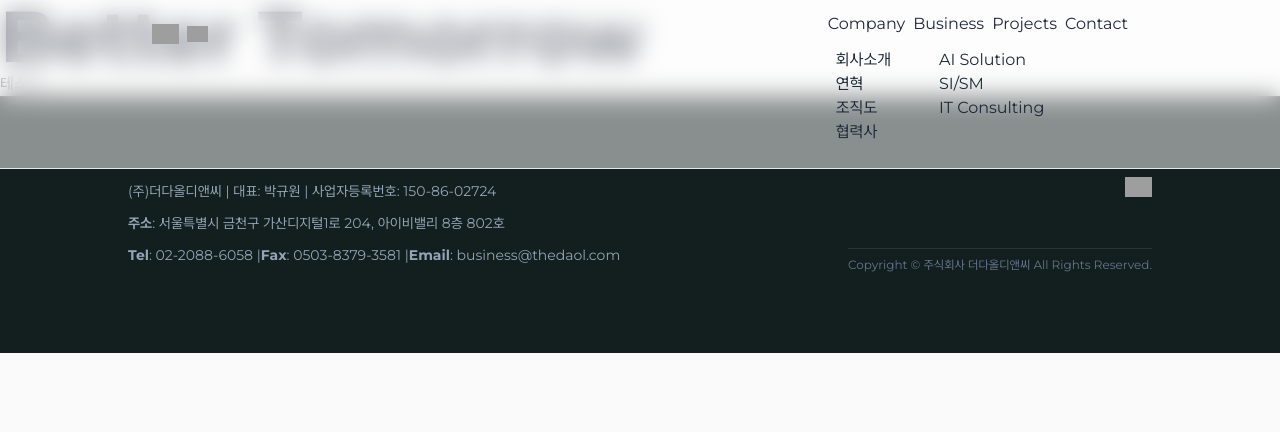
Repository: jadugamja/thedaol
Page: /
These files come from the project's save history. The page is drawn as it stood at one moment and after the next save; the edit follows.
The browser window is 1280 px wide. The pictures show the whole page.
Pictures or frames that could not be fetched are drawn as grey boxes. The project was rebuilt for these pictures with package versions that can differ from the ones it lists, and the page was loaded fresh each time. The framework's server and built-in components were replaced by stand-ins that run in the browser. Also part of the build but not shown: next.config.ts.

Above is the page before, as saved 2026-01-11 18:02:46.

### app/layout.tsx
import type { Metadata } from "next";
import localFont from "next/font/local";
import { Montserrat } from "next/font/google";
import "./globals.css";
import Header from "@/components/layout/header";
import Footer from "@/components/layout/footer";

export const metadata: Metadata = {
  title: "더다올디앤씨",
  description: "",
};

const montserrat = Montserrat({
  subsets: ["latin"],
  display: "swap",
  variable: "--font-montserrat",
});

const pretendard = localFont({
  src: "../fonts/PretendardVariable.woff2",
  display: "swap",
  weight: "45 920",
  variable: "--font-pretendard",
});

export default function RootLayout({
  children,
}: Readonly<{
  children: React.ReactNode;
}>) {
  return (
    <html lang="en" className={`${pretendard.variable} ${montserrat.variable}`}>
      <body
        className={`bg-background-light font-body text-text-main antialiased overflow-x-hidden selection:bg-primary/20 selection:text-secondary`}
      >
        <div className="relative min-h-screen flex flex-col">
          <Header />
          <main className="flex-grow">
            {children}
            <Footer />
          </main>
        </div>
      </body>
    </html>
  );
}

### app/(home)/page.tsx
export default function Home() {
  return (
    <div className="flex flex-col">
      <span className="text-7xl font-sans font-bold">Better Tomorrow</span>
      <span className="font-pretendard">테스트</span>
    </div>
  );
}

### app/globals.css
@import "tailwindcss";

@theme {
  --color-primary: #0bbdb4;
  --color-primary-dark: #0a9c94;
  --color-secondary: #213b8a;
  --color-secondary-light: #2f4fb3;
  --color-background-light: #fafafa;
  --color-background-dark: #131f1e;
  --color-surface-light: #f8fafc;
  --color-text-main: #1e293b;
  --color-text-sub: #64748b;

  --font-sans: var(--font-montserrat), "Inter", sans-serif;
  --font-display: var(--font-montserrat), sans-serif;
  --font-body: var(--font-montserrat), var(--font-pretendard), sans-serif;
  --font-pretendard: var(--font-pretendard);

  --radius: 0.25rem; /* DEFAULT */
  --radius-lg: 0.5rem;
  --radius-xl: 0.75rem;
  --radius-full: 9999px;

  --animate-spin-slow: spin 60s linear infinite;
  --animate-spin-reverse-slow: spin 60s linear infinite reverse;
  --animate-float: float 6s ease-in-out infinite;
  --animate-pulse-slow: pulse 4s cubic-bezier(0.4, 0, 0.6, 1) infinite;
  --animate-fade-in-up: fadeInUp 1s ease-out forwards;
  --animate-marquee: marquee 60s linear infinite;
}

@keyframes float {
  0%,
  100% {
    transform: translateY(0);
  }
  50% {
    transform: translateY(-20px);
  }
}

@keyframes fadeInUp {
  0% {
    opacity: 0;
    transform: translateY(20px);
  }
  100% {
    opacity: 1;
    transform: translateY(0);
  }
}

@keyframes marquee {
  0% {
    transform: translateX(0%);
  }
  100% {
    transform: translateX(-100%);
  }
}

@utility container {
  margin-inline: auto;
  padding-inline: 1rem;
}

### components/layout/header.tsx
export default function Header() {
  return (
    <header className="header-nav fixed z-50 w-full bg-white/50 hover:bg-white backdrop-blur-md border-b border-gray-200 transition-all duration-300">
      <div className="max-w-5xl mx-auto px-6">
        <div className="flex justify-between relative">
          <div className="flex items-start py-3 min-h-9">
            <a className="flex items-center py-3 gap-2" href="/">
              <img
                alt="Company Logo"
                className="h-5 w-auto"
                src="./images/logo-icon.png"
              />
              <div className="flex flex-col leading-none">
                <img
                  alt="Company Logo"
                  className="h-4 w-auto"
                  src="./images/logo-black.png"
                />
              </div>
            </a>
          </div>

          <div className="hidden md:flex flex-col items-start">
            <nav className="py-3 min-h-9 flex items-center">
              <ul className="flex items-center space-x-2">
                <li className="nav-item">
                  <a href="company/about.html" className="nav-link">
                    Company
                  </a>
                </li>
                <li className="nav-item">
                  <a href="business/ai.html" className="nav-link">
                    Business
                  </a>
                </li>
                <li className="nav-item">
                  <a href="projects.html" className="nav-link">
                    Projects
                  </a>
                </li>
                <li className="nav-item">
                  <a href="contact.html" className="nav-link">
                    Contact
                  </a>
                </li>
              </ul>
            </nav>

            <div className="submenu-container w-full">
              <div className="flex items-start gap-12 pb-6 pl-2">
                <div className="submenu-section">
                  <ul className="submenu-list">
                    <li>
                      <a href="company/about.html" className="submenu-item">
                        회사소개
                      </a>
                    </li>
                    <li>
                      <a href="company/history.html" className="submenu-item">
                        연혁
                      </a>
                    </li>
                    <li>
                      <a
                        href="company/organization.html"
                        className="submenu-item"
                      >
                        조직도
                      </a>
                    </li>
                    <li>
                      <a
                        href="company/partnership.html"
                        className="submenu-item"
                      >
                        협력사
                      </a>
                    </li>
                  </ul>
                </div>

                <div className="submenu-section">
                  <ul className="submenu-list">
                    <li>
                      <a href="business/ai.html" className="submenu-item">
                        AI Solution
                      </a>
                    </li>
                    <li>
                      <a href="business/si-sm.html" className="submenu-item">
                        SI/SM
                      </a>
                    </li>
                    <li>
                      <a
                        href="business/consulting.html"
                        className="submenu-item"
                      >
                        IT Consulting
                      </a>
                    </li>
                  </ul>
                </div>
              </div>
            </div>
          </div>

          <div className="flex items-center py-2 min-h-9 md:hidden">
            <button className="text-text-main hover:text-primary transition-colors">
              <span className="material-symbols-outlined">menu</span>
            </button>
          </div>
        </div>
      </div>
    </header>
  );
}

### components/layout/footer.tsx
export default function Footer() {
  return (
    <footer className="relative z-20 bg-background-dark text-[#94a3b8] py-20 px-[5%] border-t border-white/10 font-body h-full selection:bg-zinc-100 selection:text-[#131f1e]">
      <div className="max-w-5xl mx-auto flex flex-col md:flex-row justify-between items-start">
        <div className="mb-8 md:mb-0">
          <div className="text-sm leading-loose space-y-1">
            <p>
              (주)더다올디앤씨 | 대표: 박규원 | 사업자등록번호: 150-86-02724
            </p>
            <p>
              <strong className="font-bold">주소</strong>: 서울특별시 금천구
              가산디지털1로 204, 아이비밸리 8층 802호
            </p>
            <p>
              <strong className="font-bold">Tel</strong>: 02-2088-6058 |
              <strong className="font-bold">Fax</strong>: 0503-8379-3581 |
              <strong className="font-bold">Email</strong>: business@thedaol.com
            </p>
          </div>
        </div>
        <div className="h-24 flex flex-col justify-between">
          <div className="mb-2 flex justify-start md:justify-end">
            <img
              alt="Company Logo"
              className="h-5 w-auto"
              src="./images/logo-white.png"
            />
          </div>
          <div className="pt-2 border-t border-white/10 text-xs text-[#64748b]">
            Copyright © 주식회사 더다올디앤씨 All Rights Reserved.
          </div>
        </div>
      </div>
    </footer>
  );
}

After the next save:
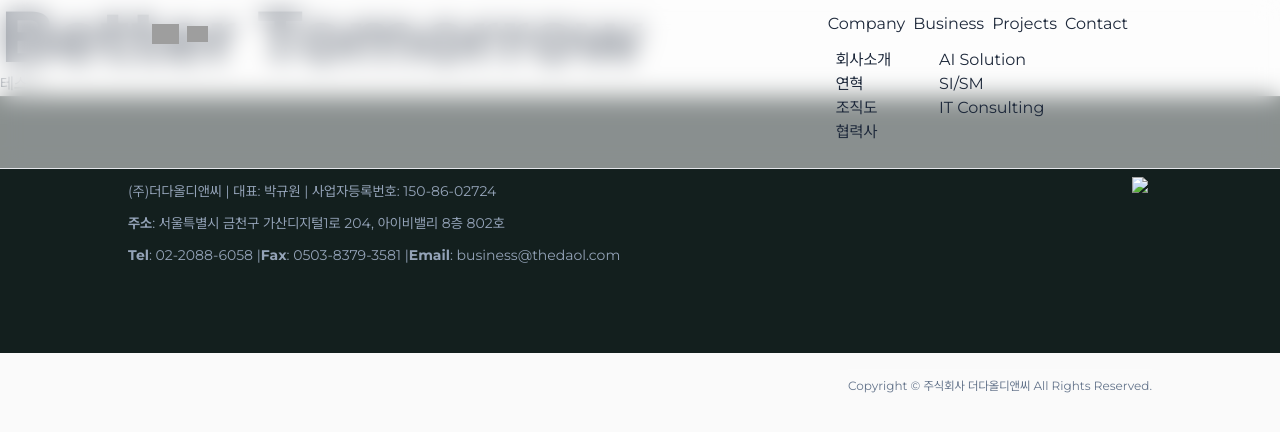
Not found: images/font/text-white.webp
Saved 65 s later.
--- a/components/layout/footer.tsx
+++ b/components/layout/footer.tsx
@@ -1,3 +1,5 @@
+import Image from "next/image";
+
 export default function Footer() {
   return (
     <footer className="relative z-20 bg-background-dark text-[#94a3b8] py-20 px-[5%] border-t border-white/10 font-body h-full selection:bg-zinc-100 selection:text-[#131f1e]">
@@ -20,11 +22,17 @@
         </div>
         <div className="h-24 flex flex-col justify-between">
           <div className="mb-2 flex justify-start md:justify-end">
-            <img
+            <Image
+              alt="Company Logo"
+              src="/images/font/text-white.webp"
+              width={20}
+              height={184}
+            />
+            {/* <img
               alt="Company Logo"
               className="h-5 w-auto"
               src="./images/logo-white.png"
-            />
+            /> */}
           </div>
           <div className="pt-2 border-t border-white/10 text-xs text-[#64748b]">
             Copyright © 주식회사 더다올디앤씨 All Rights Reserved.
